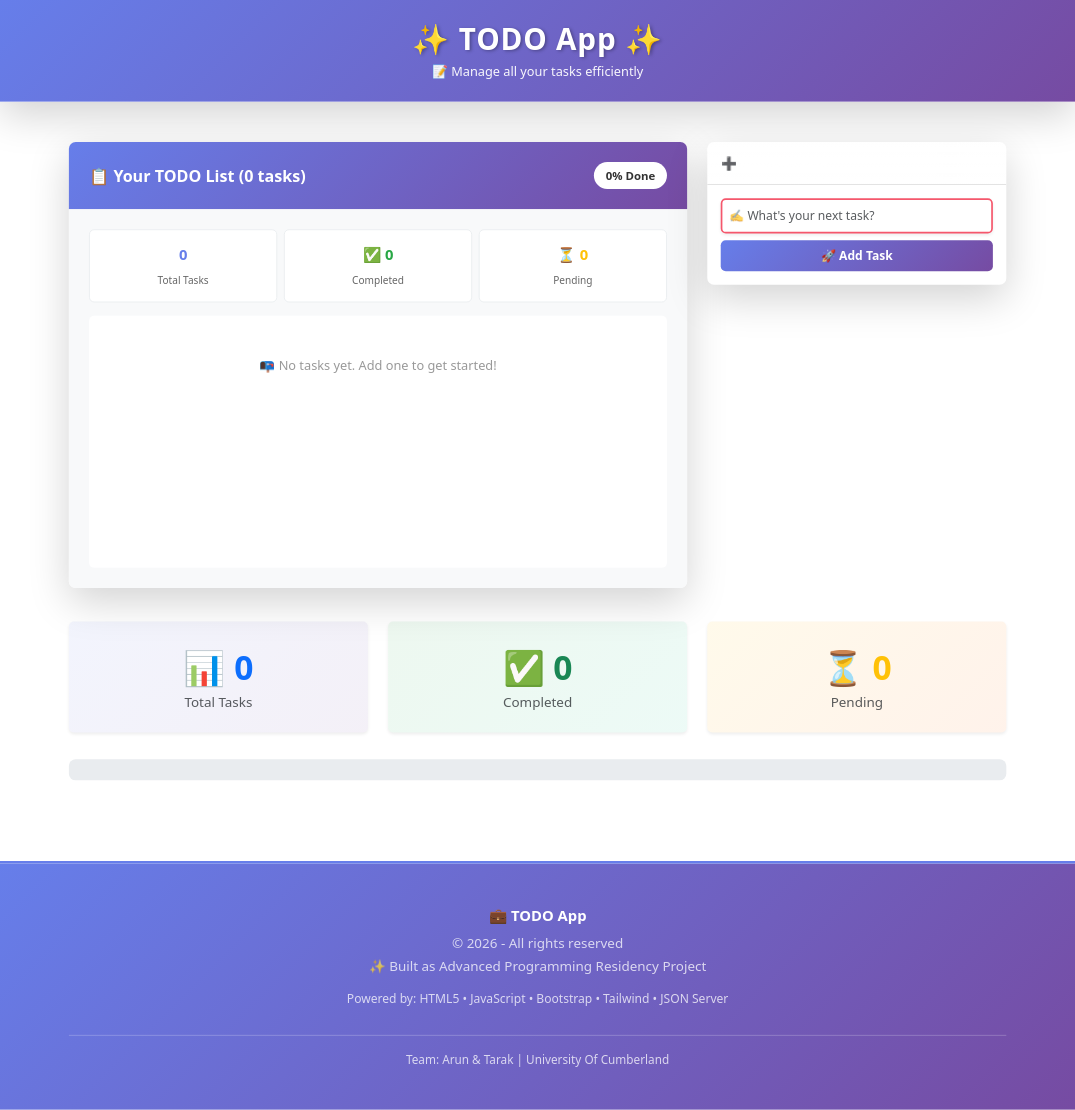
Repository: arunkr12/Master-In-Computer-Science
Page: Advanced Programming Language/Residency Project Team One Arun Javascript Version/TODO/index.html
These files come from the project's save history. The page is drawn as it stood at one moment and after the next save; the edit follows.
The browser window is 1280 px wide. The pictures show the whole page, at 84% of full size.
The page's requests for data from a server got no answer. Some web libraries are served in a nearby version.

Above is the page before, as saved 2026-02-20 18:52:08.

### Advanced Programming Language/Residency Project Team One Arun Javascript Version/TODO/index.html
<!doctype html>
<html lang="en">
  <head>
    <meta charset="UTF-8" />
    <meta name="viewport" content="width=device-width, initial-scale=1.0" />
    <title>TODO App</title>
    <link
      href="https://cdn.jsdelivr.net/npm/bootstrap@5.3.8/dist/css/bootstrap.min.css"
      rel="stylesheet"
    />
    <link href="https://cdn.tailwindcss.com" rel="stylesheet" />
    <style>
      body {
        display: flex;
        flex-direction: column;
        min-height: 100vh;
      }
      main {
        flex: 1;
      }
      footer {
        background-color: #f8f9fa;
        border-top: 1px solid #dee2e6;
      }
    </style>
  </head>
  <body>
    <div id="app"></div>

    <script src="https://cdn.jsdelivr.net/npm/bootstrap@5.3.8/dist/js/bootstrap.bundle.min.js"></script>
    <script type="module" src="app.js"></script>
  </body>
</html>

### Advanced Programming Language/Residency Project Team One Arun Javascript Version/TODO/app.js
import ToDoContainer from "./ToDoContainer/ToDoContainer.js";

// Initialize the app
const app = document.getElementById("app");
const todoContainer = new ToDoContainer();

// Load todos from JSON Server and render the app
async function initializeApp() {
  await todoContainer.initialize();
  app.innerHTML = todoContainer.render();
  setupEventListeners();
}

function setupEventListeners() {
  // Add todo button click
  const addBtn = document.querySelector(".add-todo-btn");
  const inputField = document.querySelector(".add-todo-input");

  if (addBtn) {
    addBtn.addEventListener("click", async () => {
      const text = inputField.value;
      if (text.trim()) {
        await todoContainer.addTodoItem(text);
        app.innerHTML = todoContainer.render();
        setupEventListeners();
        inputField.value = "";
      }
    });

    inputField.addEventListener("keypress", async (e) => {
      if (e.key === "Enter") {
        const text = inputField.value;
        if (text.trim()) {
          await todoContainer.addTodoItem(text);
          app.innerHTML = todoContainer.render();
          setupEventListeners();
          inputField.value = "";
        }
      }
    });
  }

  // Delete buttons
  const deleteButtons = document.querySelectorAll(".delete-btn");
  deleteButtons.forEach((btn) => {
    btn.addEventListener("click", async () => {
      const id = parseInt(btn.getAttribute("data-id"));
      await todoContainer.deleteTodoItem(id);
      app.innerHTML = todoContainer.render();
      setupEventListeners();
    });
  });

  // Edit buttons
  const editButtons = document.querySelectorAll(".edit-btn");
  editButtons.forEach((btn) => {
    btn.addEventListener("click", async () => {
      const id = parseInt(btn.getAttribute("data-id"));
      const currentText = btn.getAttribute("data-text");
      const newText = prompt("Edit task:", currentText);
      if (newText !== null && newText.trim()) {
        await todoContainer.editTodoItem(id, newText);
        app.innerHTML = todoContainer.render();
        setupEventListeners();
      }
    });
  });

  // Toggle checkboxes
  const checkboxes = document.querySelectorAll(".todo-checkbox");
  checkboxes.forEach((checkbox) => {
    checkbox.addEventListener("change", async () => {
      const id = parseInt(checkbox.getAttribute("data-id"));
      await todoContainer.toggleTodoItem(id);
      app.innerHTML = todoContainer.render();
      setupEventListeners();
    });
  });
}

// Initialize the app when DOM is ready
initializeApp();

### Advanced Programming Language/Residency Project Team One Arun Javascript Version/TODO/ToDoContainer/ToDoContainer.js
import Header from "../Header/Header.js";
import Footer from "../Footer/Footer.js";
import ToDoList from "../ToDoList/ToDoList.js";
import AddTodo from "../AddTodo/AddTodo.js";
import Stats from "../Stats/Stats.js";
import TodoService from "../Services/TodoService.js";

class ToDoContainer {
  constructor() {
    this.header = new Header("TODO App", "Manage all your tasks efficiently");
    this.footer = new Footer(2026, "TODO App");
    this.todoList = new ToDoList();
    this.addTodo = new AddTodo();
    this.stats = new Stats();
    this.todoService = new TodoService();

    this.todos = [];
  }

  async initialize() {
    this.todos = await this.todoService.getTodos();
    this.updateComponents();
  }

  updateComponents() {
    this.todoList.setTodos(this.todos);
    this.stats.setTodos(this.todos);
  }

  async addTodoItem(text) {
    if (text.trim()) {
      const newTodo = await this.todoService.addTodo(text);
      if (newTodo) {
        this.todos.push(newTodo);
        this.updateComponents();
        return newTodo;
      }
    }
    return null;
  }

  async editTodoItem(id, newText) {
    if (newText.trim()) {
      const updated = await this.todoService.updateTodo(id, {
        text: newText.trim(),
      });
      if (updated) {
        const todo = this.todos.find((t) => t.id === id);
        if (todo) {
          todo.text = newText.trim();
          this.updateComponents();
        }
        return updated;
      }
    }
    return null;
  }

  async toggleTodoItem(id) {
    const todo = this.todos.find((t) => t.id === id);
    if (todo) {
      const updated = await this.todoService.updateTodo(id, {
        completed: !todo.completed,
      });
      if (updated) {
        todo.completed = updated.completed;
        this.updateComponents();
      }
      return updated;
    }
    return null;
  }

  async deleteTodoItem(id) {
    const success = await this.todoService.deleteTodo(id);
    if (success) {
      this.todos = this.todos.filter((t) => t.id !== id);
      this.updateComponents();
      return true;
    }
    return false;
  }

  render() {
    const header = this.header.render();
    const mainContent = this.renderMain();
    const footer = this.footer.render();

    return `
            ${header}
            ${mainContent}
            ${footer}
        `;
  }

  renderMain() {
    const todoListHtml = this.todoList.render();
    const addTodoHtml = this.addTodo.render();
    const statsHtml = this.stats.render();

    return `
            <main class="py-5">
                <div class="container">
                    <div class="row mb-4">
                        <div class="col-md-8">
                            ${todoListHtml}
                        </div>
                        <div class="col-md-4">
                            ${addTodoHtml}
                        </div>
                    </div>
                    ${statsHtml}
                </div>
            </main>
        `;
  }

  getTodos() {
    return this.todos;
  }
}

export default ToDoContainer;

### Advanced Programming Language/Residency Project Team One Arun Javascript Version/TODO/Header/Header.js
class Header {
  constructor(
    title = "TODO App",
    subtitle = "Manage all your tasks efficiently",
  ) {
    this.title = title;
    this.subtitle = subtitle;
  }

  render() {
    return `
      <header class="bg-gradient-primary text-white py-4 shadow-lg" style="background: linear-gradient(135deg, #667eea 0%, #764ba2 100%);">
        <div class="container">
          <div class="text-center">
            <h1 class="m-0 fw-bold" style="text-shadow: 2px 2px 4px rgba(0,0,0,0.3); letter-spacing: 1px; font-size: 2.2rem;">
              ✨ ${this.title} ✨
            </h1>
            <p class="m-0 mt-2 text-white" style="font-size: 0.95rem; opacity: 0.95;">
              📝 ${this.subtitle}
            </p>
          </div>
        </div>
      </header>
    `;
  }
}

export default Header;

### Advanced Programming Language/Residency Project Team One Arun Javascript Version/TODO/Footer/Footer.js
class Footer {
  constructor(year = 2026, projectName = "TODO App") {
    this.year = year;
    this.projectName = projectName;
  }

  render() {
    return `
      <footer class="py-5 mt-5" style="background: linear-gradient(135deg, #667eea 0%, #764ba2 100%); color: white; border-top: 3px solid #667eea;">
        <div class="container">
          <div class="row text-center">
            <div class="col-md-12">
              <p class="mb-2 fw-bold" style="font-size: 1.1rem;">💼 ${this.projectName}</p>
              <p class="mb-1 opacity-75">&copy; ${this.year} - All rights reserved</p>
              <p class="mb-0 opacity-75">✨ Built as Advanced Programming Residency Project</p>
              <p class="mt-3 opacity-75" style="font-size: 0.9rem;">
                Powered by: HTML5 • JavaScript • Bootstrap • Tailwind • JSON Server
              </p>
            </div>
          </div>
          <hr class="my-3 opacity-25">
          <div class="text-center opacity-75">
            <small>Team: Arun & Tarak | University Of Cumberland</small>
          </div>
        </div>
      </footer>
    `;
  }
}

export default Footer;

### Advanced Programming Language/Residency Project Team One Arun Javascript Version/TODO/ToDoList/ToDoList.js
class ToDoList {
  constructor(todos = []) {
    this.todos = todos;
    this.editingId = null;
    this.editText = "";
  }

  setTodos(todos) {
    this.todos = todos;
  }

  renderTodoRow(todo) {
    const isEditing = this.editingId === todo.id;
    const statusIcon = todo.completed ? "✅" : "📌";

    return `
      <div class="list-group-item d-flex justify-content-between align-items-center p-2 border-0 shadow-sm mb-2"
           data-todo-id="${todo.id}"
           style="background: ${todo.completed ? "#f0f9ff" : "#fafbfc"}; border-left: 4px solid ${todo.completed ? "#28a745" : "#667eea"} !important; border-radius: 4px;">
        <div class="flex-grow-1 d-flex align-items-center">
          <input class="form-check-input me-2 todo-checkbox" type="checkbox"
                 data-id="${todo.id}"
                 style="width: 18px; height: 18px; cursor: pointer;"
                 ${todo.completed ? "checked" : ""}>
          <span class="todo-text ${todo.completed ? "text-decoration-line-through text-success" : "text-dark fw-500"}"
                style="cursor: default; font-size: 0.95rem;">
            ${statusIcon} ${todo.text}
          </span>
        </div>
        <div class="btn-group btn-group-sm" role="group">
          <button class="btn btn-sm btn-outline-warning edit-btn" data-id="${todo.id}" data-text="${todo.text}" title="Edit" style="border-radius: 4px 0 0 4px; font-size: 0.8rem;">
            ✏️ Edit
          </button>
          <button class="btn btn-sm btn-outline-danger delete-btn" data-id="${todo.id}" title="Delete" style="border-radius: 0 4px 4px 0; font-size: 0.8rem;">
            🗑️ Delete
          </button>
        </div>
      </div>
    `;
  }

  render() {
    const todosHtml = this.todos
      .map((todo) => this.renderTodoRow(todo))
      .join("");

    const completedCount = this.todos.filter((t) => t.completed).length;
    const pendingCount = this.todos.length - completedCount;
    const completionPercentage =
      this.todos.length > 0
        ? Math.round((completedCount / this.todos.length) * 100)
        : 0;

    return `
      <div class="card shadow-lg border-0" style="border-radius: 8px; margin-bottom: 1rem;">
        <div style="background: linear-gradient(135deg, #667eea 0%, #764ba2 100%); border-radius: 8px 8px 0 0; padding: 1.5rem;">
          <div class="d-flex justify-content-between align-items-center">
            <h5 style="margin: 0; color: white; font-weight: bold; font-size: 1.2rem;">
              📋 Your TODO List (${this.todos.length} tasks)
            </h5>
            <span style="background: white; color: #333; font-size: 0.85rem; padding: 6px 14px; border-radius: 20px; font-weight: bold;">
              ${completionPercentage}% Done
            </span>
          </div>
        </div>
        <div style="background: #f8f9fa; padding: 1.5rem; border-radius: 0 0 8px 8px;">
          <div class="row g-2 mb-3">
            <div class="col-4">
              <div style="background: white; border-radius: 6px; border: 1px solid #e9ecef; padding: 1rem; text-align: center;">
                <div style="font-size: 1.1rem; color: #667eea; font-weight: bold;">${this.todos.length}</div>
                <div style="font-size: 0.75rem; color: #666; margin-top: 0.5rem;">Total Tasks</div>
              </div>
            </div>
            <div class="col-4">
              <div style="background: white; border-radius: 6px; border: 1px solid #e9ecef; padding: 1rem; text-align: center;">
                <div style="font-size: 1.1rem; color: #28a745; font-weight: bold;">✅ ${completedCount}</div>
                <div style="font-size: 0.75rem; color: #666; margin-top: 0.5rem;">Completed</div>
              </div>
            </div>
            <div class="col-4">
              <div style="background: white; border-radius: 6px; border: 1px solid #e9ecef; padding: 1rem; text-align: center;">
                <div style="font-size: 1.1rem; color: #ffc107; font-weight: bold;">⏳ ${pendingCount}</div>
                <div style="font-size: 0.75rem; color: #666; margin-top: 0.5rem;">Pending</div>
              </div>
            </div>
          </div>
          <div style="background: white; border-radius: 6px; padding: 1rem; overflow-y: auto; min-height: 300px; max-height: 500px;">
            ${todosHtml || '<div style="text-align: center; color: #999; padding: 2rem;"><p style="font-size: 0.95rem;">📭 No tasks yet. Add one to get started!</p></div>'}
          </div>
        </div>
      </div>
    `;
  }
}

export default ToDoList;

### Advanced Programming Language/Residency Project Team One Arun Javascript Version/TODO/AddTodo/AddTodo.js
class AddTodo {
  constructor(onAdd = null) {
    this.onAdd = onAdd;
    this.inputValue = "";
  }

  render() {
    return `
      <div class="card shadow-lg border-0" style="border-radius: 8px;">
        <div class="card-header bg-gradient p-3" style="background: linear-gradient(135deg, #f093fb 0%, #f5576c 100%); border-radius: 8px 8px 0 0;">
          <h6 class="card-title mb-0 text-white fw-bold" style="font-size: 0.95rem;">
            ➕ Add New Task
          </h6>
        </div>
        <div class="card-body p-3">
          <div class="mb-2">
            <input type="text" class="form-control add-todo-input shadow-sm"
                   placeholder="✍️ What's your next task?"
                   id="newTaskInput"
                   style="border: 2px solid #f5576c; border-radius: 6px; padding: 8px; font-size: 0.9rem;">
          </div>
          <button class="btn btn-gradient w-100 add-todo-btn fw-bold"
                  style="background: linear-gradient(135deg, #667eea 0%, #764ba2 100%); border: none; border-radius: 6px; color: white; font-size: 0.9rem; padding: 8px; transition: all 0.3s ease;">
            🚀 Add Task
          </button>
        </div>
      </div>
    `;
  }
}

export default AddTodo;

### Advanced Programming Language/Residency Project Team One Arun Javascript Version/TODO/Stats/Stats.js
class Stats {
  constructor(todos = []) {
    this.todos = todos;
  }

  setTodos(todos) {
    this.todos = todos;
  }

  getTotalTasks() {
    return this.todos.length;
  }

  getCompletedTasks() {
    return this.todos.filter((t) => t.completed).length;
  }

  getPendingTasks() {
    return this.getTotalTasks() - this.getCompletedTasks();
  }

  render() {
    const total = this.getTotalTasks();
    const completed = this.getCompletedTasks();
    const pending = this.getPendingTasks();
    const percentage = total > 0 ? Math.round((completed / total) * 100) : 0;

    return `
      <div class="row mt-4">
        <div class="col-md-4 mb-3">
          <div class="card shadow-sm border-0 text-center p-4" style="background: linear-gradient(135deg, #667eea15 0%, #764ba215 100%); border-left: 4px solid #667eea;">
            <div class="text-primary fw-bold" style="font-size: 2.5rem;">📊 ${total}</div>
            <div class="text-muted fw-500">Total Tasks</div>
          </div>
        </div>
        <div class="col-md-4 mb-3">
          <div class="card shadow-sm border-0 text-center p-4" style="background: linear-gradient(135deg, #28a74515 0%, #20c99715 100%); border-left: 4px solid #28a745;">
            <div class="text-success fw-bold" style="font-size: 2.5rem;">✅ ${completed}</div>
            <div class="text-muted fw-500">Completed</div>
          </div>
        </div>
        <div class="col-md-4 mb-3">
          <div class="card shadow-sm border-0 text-center p-4" style="background: linear-gradient(135deg, #ffc10715 0%, #ff650715 100%); border-left: 4px solid #ff6b6b;">
            <div class="text-warning fw-bold" style="font-size: 2.5rem;">⏳ ${pending}</div>
            <div class="text-muted fw-500">Pending</div>
          </div>
        </div>
      </div>
      <div class="progress mt-3" style="height: 25px; border-radius: 8px;">
        <div class="progress-bar bg-success fw-bold" role="progressbar"
             style="width: ${percentage}%; border-radius: 8px;"
             aria-valuenow="${percentage}" aria-valuemin="0" aria-valuemax="100">
          ${percentage}% Complete
        </div>
      </div>
    `;
  }
}

export default Stats;

### Advanced Programming Language/Residency Project Team One Arun Javascript Version/TODO/Services/TodoService.js
class TodoService {
  constructor(apiUrl = "http://localhost:3000") {
    this.apiUrl = apiUrl;
    this.todosEndpoint = `${this.apiUrl}/todos`;
  }

  async getTodos() {
    try {
      const response = await fetch(this.todosEndpoint);
      if (!response.ok) throw new Error("Failed to fetch todos");
      return await response.json();
    } catch (error) {
      console.error("Error fetching todos:", error);
      return [];
    }
  }

  async addTodo(text) {
    try {
      const response = await fetch(this.todosEndpoint, {
        method: "POST",
        headers: { "Content-Type": "application/json" },
        body: JSON.stringify({
          text: text.trim(),
          completed: false,
        }),
      });
      if (!response.ok) throw new Error("Failed to add todo");
      return await response.json();
    } catch (error) {
      console.error("Error adding todo:", error);
      return null;
    }
  }

  async updateTodo(id, updates) {
    try {
      const response = await fetch(`${this.todosEndpoint}/${id}`, {
        method: "PATCH",
        headers: { "Content-Type": "application/json" },
        body: JSON.stringify(updates),
      });
      if (!response.ok) throw new Error("Failed to update todo");
      return await response.json();
    } catch (error) {
      console.error("Error updating todo:", error);
      return null;
    }
  }

  async deleteTodo(id) {
    try {
      const response = await fetch(`${this.todosEndpoint}/${id}`, {
        method: "DELETE",
      });
      if (!response.ok) throw new Error("Failed to delete todo");
      return true;
    } catch (error) {
      console.error("Error deleting todo:", error);
      return false;
    }
  }

  async toggleTodo(id, todos) {
    const todo = todos.find((t) => t.id === id);
    if (todo) {
      return this.updateTodo(id, { completed: !todo.completed });
    }
    return null;
  }
}

export default TodoService;

After the next save:
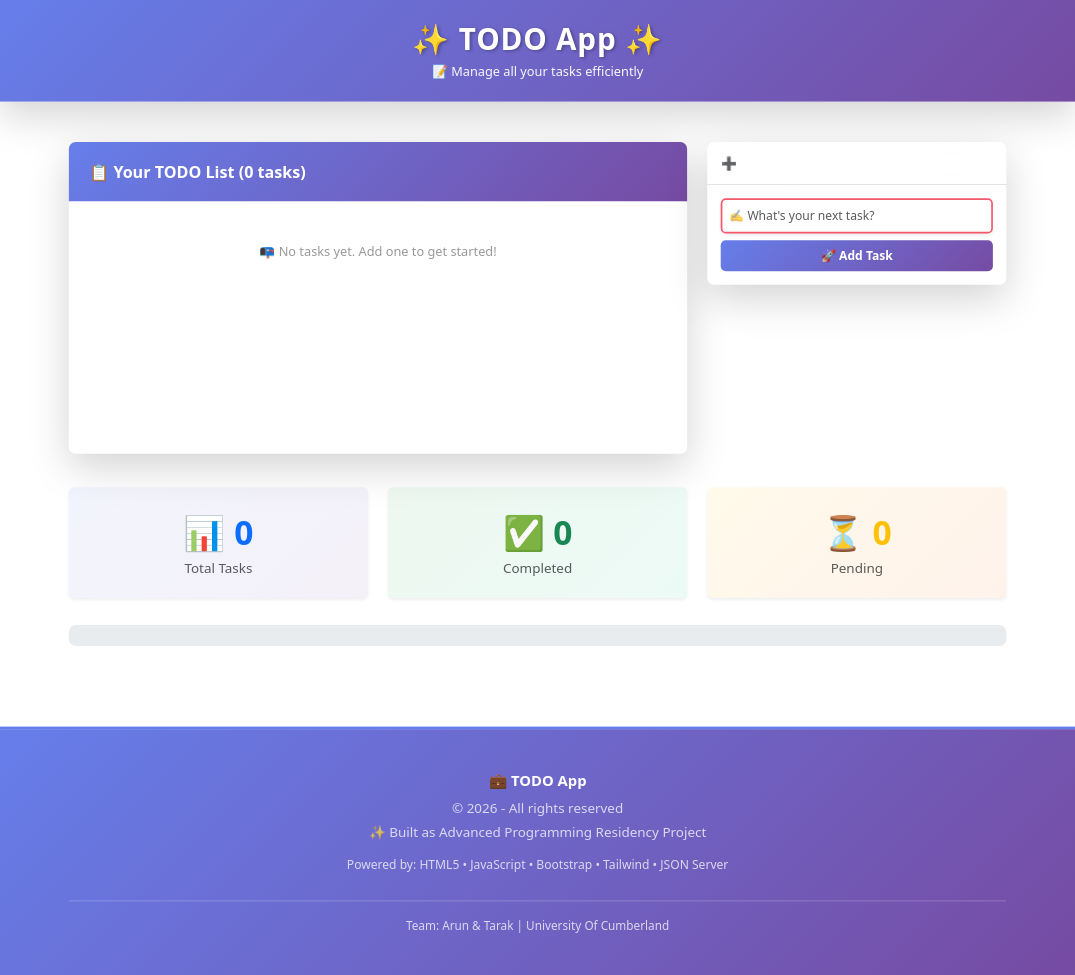
Saved 70 s later.
--- a/Advanced Programming Language/Residency Project Team One Arun Javascript Version/TODO/ToDoList/ToDoList.js
+++ b/Advanced Programming Language/Residency Project Team One Arun Javascript Version/TODO/ToDoList/ToDoList.js
@@ -44,49 +44,15 @@ class ToDoList {
       .map((todo) => this.renderTodoRow(todo))
       .join("");
 
-    const completedCount = this.todos.filter((t) => t.completed).length;
-    const pendingCount = this.todos.length - completedCount;
-    const completionPercentage =
-      this.todos.length > 0
-        ? Math.round((completedCount / this.todos.length) * 100)
-        : 0;
-
     return `
       <div class="card shadow-lg border-0" style="border-radius: 8px; margin-bottom: 1rem;">
         <div style="background: linear-gradient(135deg, #667eea 0%, #764ba2 100%); border-radius: 8px 8px 0 0; padding: 1.5rem;">
-          <div class="d-flex justify-content-between align-items-center">
-            <h5 style="margin: 0; color: white; font-weight: bold; font-size: 1.2rem;">
-              📋 Your TODO List (${this.todos.length} tasks)
-            </h5>
-            <span style="background: white; color: #333; font-size: 0.85rem; padding: 6px 14px; border-radius: 20px; font-weight: bold;">
-              ${completionPercentage}% Done
-            </span>
-          </div>
+          <h5 style="margin: 0; color: white; font-weight: bold; font-size: 1.2rem;">
+            📋 Your TODO List (${this.todos.length} tasks)
+          </h5>
         </div>
-        <div style="background: #f8f9fa; padding: 1.5rem; border-radius: 0 0 8px 8px;">
-          <div class="row g-2 mb-3">
-            <div class="col-4">
-              <div style="background: white; border-radius: 6px; border: 1px solid #e9ecef; padding: 1rem; text-align: center;">
-                <div style="font-size: 1.1rem; color: #667eea; font-weight: bold;">${this.todos.length}</div>
-                <div style="font-size: 0.75rem; color: #666; margin-top: 0.5rem;">Total Tasks</div>
-              </div>
-            </div>
-            <div class="col-4">
-              <div style="background: white; border-radius: 6px; border: 1px solid #e9ecef; padding: 1rem; text-align: center;">
-                <div style="font-size: 1.1rem; color: #28a745; font-weight: bold;">✅ ${completedCount}</div>
-                <div style="font-size: 0.75rem; color: #666; margin-top: 0.5rem;">Completed</div>
-              </div>
-            </div>
-            <div class="col-4">
-              <div style="background: white; border-radius: 6px; border: 1px solid #e9ecef; padding: 1rem; text-align: center;">
-                <div style="font-size: 1.1rem; color: #ffc107; font-weight: bold;">⏳ ${pendingCount}</div>
-                <div style="font-size: 0.75rem; color: #666; margin-top: 0.5rem;">Pending</div>
-              </div>
-            </div>
-          </div>
-          <div style="background: white; border-radius: 6px; padding: 1rem; overflow-y: auto; min-height: 300px; max-height: 500px;">
-            ${todosHtml || '<div style="text-align: center; color: #999; padding: 2rem;"><p style="font-size: 0.95rem;">📭 No tasks yet. Add one to get started!</p></div>'}
-          </div>
+        <div style="background: white; border-radius: 0 0 8px 8px; padding: 1rem; overflow-y: auto; min-height: 300px; max-height: 500px;">
+          ${todosHtml || '<div style="text-align: center; color: #999; padding: 2rem;"><p style="font-size: 0.95rem;">📭 No tasks yet. Add one to get started!</p></div>'}
         </div>
       </div>
     `;
